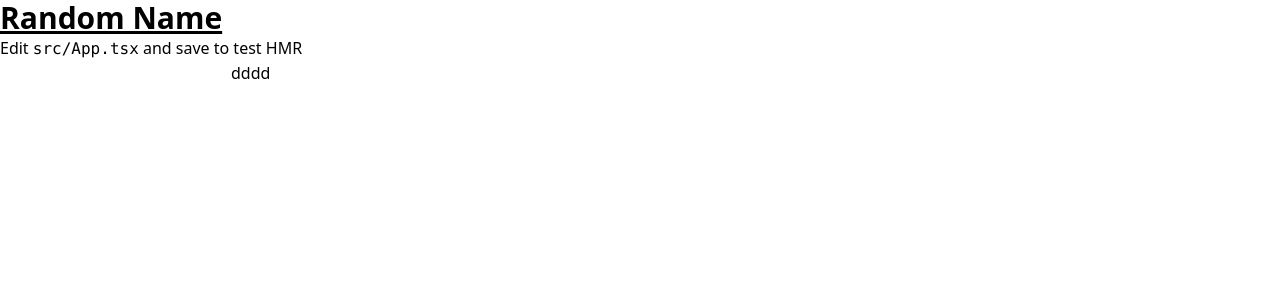
Repository: prodavetc/randomname
Page: /
An editor plug-in stored every save of this project. The page is shown before and after the next save, followed by the edit.
The browser window is 1280 px wide. The pictures show the whole page.
The project was rebuilt for these pictures with package versions that can differ from the ones it lists, and the page was loaded fresh each time. Also part of the build but not shown: vite.config.ts.

Above is the page before, as saved 2024-03-26 10:19:38.

After the next save:
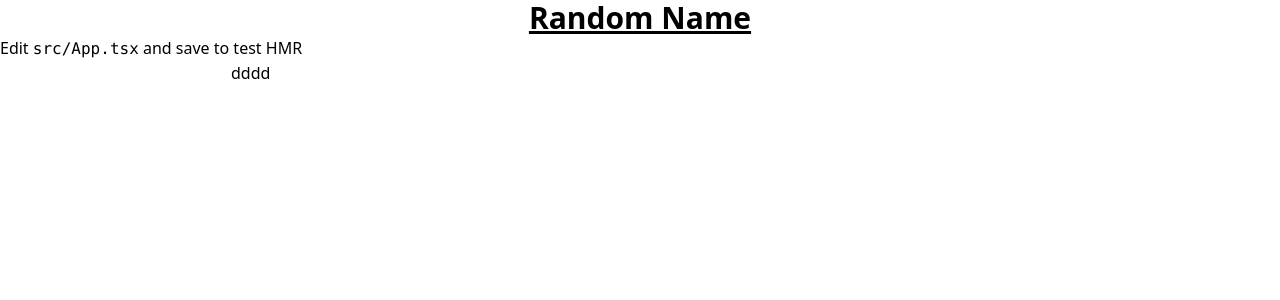
Saved 2 min 8 s later.
--- a/src/components/RandomName.tsx
+++ b/src/components/RandomName.tsx
@@ -26,7 +26,7 @@ const RandomName = () => {
   return (
     <>
 
-      <h1 className="text-3xl font-bold underline">Random Name</h1>
+      <h1 className="text-3xl font-bold underline text-center">Random Name</h1>
       <div className="card">
        {list}
         <p>
